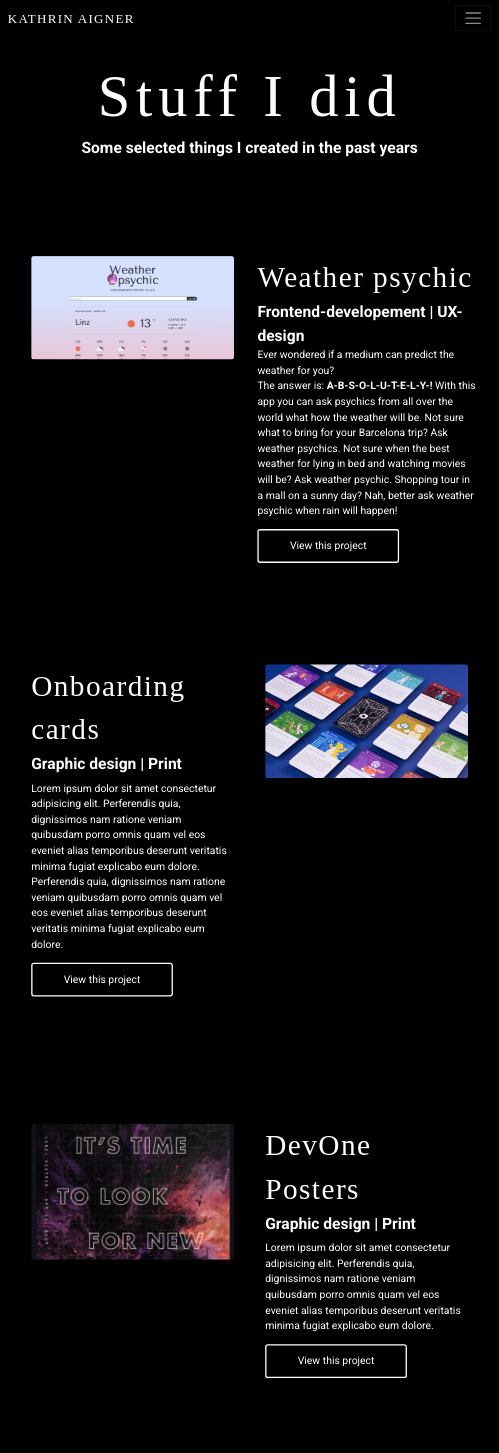
Repository: kathrin-aigner/Portfolio-2022
Page: work.html
An editor plug-in stored every save of this project. The page is shown before and after the next save, followed by the edit.
The browser window is 768 px wide. The pictures show the whole page, at 65% of full size.
Some web fonts or font styles are not loaded; a fallback is used. Some web libraries are served in a nearby version.

Above is the page before, as saved 2022-03-28 15:57:26.

### work.html
<!DOCTYPE html>
<html lang="en">
  <head>
    <meta charset="UTF-8" />
    <meta http-equiv="X-UA-Compatible" content="IE=edge" />
    <meta name="viewport" content="width=device-width, initial-scale=1.0" />
    <link
      href="https://cdn.jsdelivr.net/npm/bootstrap@5.1.3/dist/css/bootstrap.min.css"
      rel="stylesheet"
      integrity="sha384-1BmE4kWBq78iYhFldvKuhfTAU6auU8tT94WrHftjDbrCEXSU1oBoqyl2QvZ6jIW3"
      crossorigin="anonymous"
    />
    <script
      src="https://cdn.jsdelivr.net/npm/bootstrap@5.1.3/dist/js/bootstrap.bundle.min.js"
      integrity="sha384-ka7Sk0Gln4gmtz2MlQnikT1wXgYsOg+OMhuP+IlRH9sENBO0LRn5q+8nbTov4+1p"
      crossorigin="anonymous"
    ></script>
    <link rel="preconnect" href="https://fonts.googleapis.com" />
    <link rel="preconnect" href="https://fonts.gstatic.com" crossorigin />
    <link
      href="https://fonts.googleapis.com/css2?family=Dela+Gothic+One&family=Roboto:wght@400;500;700&display=swap"
      rel="stylesheet"
    />
    <script
      src="https://kit.fontawesome.com/9a62a34935.js"
      crossorigin="anonymous"
    ></script>

    <link rel="stylesheet" href="/css/styles.css" />
    <title>Welcome to my portfolio – Kathrin Aigner</title>
  </head>
  <body>
    <nav class="navbar navbar-expand-lg navbar-dark text-end">
      <div class="container-fluid">
        <a class="navbar-brand text-uppercase" href="/index.html">Kathrin Aigner</a>
        <button
          class="navbar-toggler"
          type="button"
          data-bs-toggle="collapse"
          data-bs-target="#navbarSupportedContent"
          aria-controls="navbarSupportedContent"
          aria-expanded="false"
          aria-label="Toggle navigation"
        >
          <span class="navbar-toggler-icon"></span>
        </button>
        <div class="collapse navbar-collapse" id="navbarSupportedContent">
          <ul class="navbar-nav me-auto mb-2 mb-lg-0">
            <li class="nav-item">
              <a
                class="nav-link active"
                aria-current="page"
                href="/about.html"
                title="more information about me"
                >About me</a
              >
            </li>
            <li class="nav-item">
              <a class="nav-link" href="/work.html" title="View my work here"
                >My work</a
              >
            </li>
            <li class="nav-item">
              <a class="nav-link" href="/contact.html" title="how to contact me"
                >Contact</a
              >
            </li>
          </ul>
        </div>
      </div>
    </nav>
    <div class="container mb-5">
      <div class="header-page text-center mb-3 mt-5">
  Stuff I did
      </div>
      <div class="introduction text-center">
        Some selected things I created in the past years
      </div>
    </div>
    <div class="container">

      <div class="row gy-5">
        <div class="col-md-6 gx-5">
          <img
            src="/images/wheater psychic.png"
            class="img-fluid rounded"
            alt="picture showing a preview of the weather homepage"
          />
        </div>
        <div class="col-md-6">
          <div class="project-header">Weather psychic</div>
          <div class="introduction"> Frontend-developement | UX-design</div>
          <p class="page-section">
            Ever wondered if a medium can predict the weather for you? </br>The
            answer is: <strong>A-B-S-O-L-U-T-E-L-Y-!</strong> With this app you
            can ask psychics from all over the world what how the weather will be.
            Not sure what to bring for your Barcelona trip? Ask weather psychics.
            Not sure when the best weather for lying in bed and watching movies
            will be? Ask weather psychic. Shopping tour in a mall on a sunny
            day? Nah, better ask weather psychic when rain will happen!
          </p>

            <a href="https://reverent-aryabhata-468bf7.netlify.app/" target="_blank" class="btn btn-primary mb-2"> View this project </a>

        </div>
      </div>
      <div class="row gy-5">
        <div class="col-md-6 gx-5">
          <div class="project-header">Onboarding cards</div>
          <div class="introduction mb-2"> Graphic design | Print </div>
          <p class="page-section">
            Lorem ipsum dolor sit amet consectetur adipisicing elit. Perferendis
            quia, dignissimos nam ratione veniam quibusdam porro omnis quam vel
            eos eveniet alias temporibus deserunt veritatis minima fugiat
            explicabo eum dolore. Perferendis
            quia, dignissimos nam ratione veniam quibusdam porro omnis quam vel
            eos eveniet alias temporibus deserunt veritatis minima fugiat
            explicabo eum dolore.
          </p>

           <a href="https://www.behance.net/gallery/79816789/DevOne-Conference-2019" target="_blank" class="btn btn-primary mb-5"> View this project </a>

        </div>
        <div class="col-md-6 gx-5">
          <img
            src="/images/onboarding-cards.jpg"
            class="img-fluid rounded"
            alt="picture showing card game"
          />
        </div>
      </div>
      <div class="row gy-5 mb-5">
        <div class="col-md-6 gx-5">
          <img
            src="/images/devOne.png"
            class="img-fluid rounded"
            alt="picture showing a preview of the website about yoghurt"
          />
        </div>
        <div class="col-md-6 gx-5">
          <div class="project-header">DevOne Posters</div>
          <div class="introduction mb-2">
          Graphic design | Print
          </div>
          <p class="page-section">
            Lorem ipsum dolor sit amet consectetur adipisicing elit. Perferendis
            quia, dignissimos nam ratione veniam quibusdam porro omnis quam vel
            eos eveniet alias temporibus deserunt veritatis minima fugiat
            explicabo eum dolore.
          </p>

            <a href="https://www.behance.net/gallery/79816789/DevOne-Conference-2019" target="_blank" class="btn btn-primary"> View this project </a>

        </div>
      </div>
    </div>
    <footer>

    </footer>
  </body>
</html>

### css/styles.css
:root {
  --primary-color: white;
  --secondary-color: black;
  --heading-font-family: "Dela Gothic One", cursive;
  --default-font-family: "Roboto", sans-serif;
}

body {
  background-color: var(--secondary-color);
}

.herosection {
  text-align: center;
  padding: 180px 0;
}
.header {
  line-height: 1em;
  font-family: var(--heading-font-family);
  font-size: 200px;
  color: var(--primary-color);
}
.subheader {
  font-size: 32px;
  font-weight: 700;
  color: var(--primary-color);
  font-family: var(--default-font-family);
}
.header-page {
  line-height: 1em;
  letter-spacing: 0.1em;
  font-size: 90px;
  color: var(--primary-color);
  font-family: var(--heading-font-family);
}
.project-header {
  font-size: 45px;
  color: var(--primary-color);
  font-family: var(--heading-font-family);
  letter-spacing: 0.05em;
}
.page-section {
  font-size: 16px;
  color: var(--primary-color);
  font-family: var(--default-font-family);
}

.introduction {
  font-weight: 600;
  font-size: 24px;

  color: var(--primary-color);
  font-family: var(--default-font-family);
}
.navbar-brand {
  font-family: var(--heading-font-family);

  letter-spacing: 0.1em;
}

.btn-primary {
  font-family: var(--default-font-family);
  border: 2px solid var(--primary-color);
  background: var(--secondary-color);
  padding: 12px 48px;
}

.btn btn-primary:hover {
  color: var(--secondary-color);
  font-family: var(--default-font-family);
  border: 2px solid var(--primary-color);
  background: var(--primary-color);
}

.project-preview {
  max-width: 500px;
}

a.email {
  text-decoration: none;
  color: var(--primary-color);
}

.email:hover {
  text-decoration: underline;
  color: var(--primary-color);
}

.row {
  margin-top: 100px;
}

@media (max-width: 960px) {
  .header {
    font-size: 100px;
  }
}

After the next save:
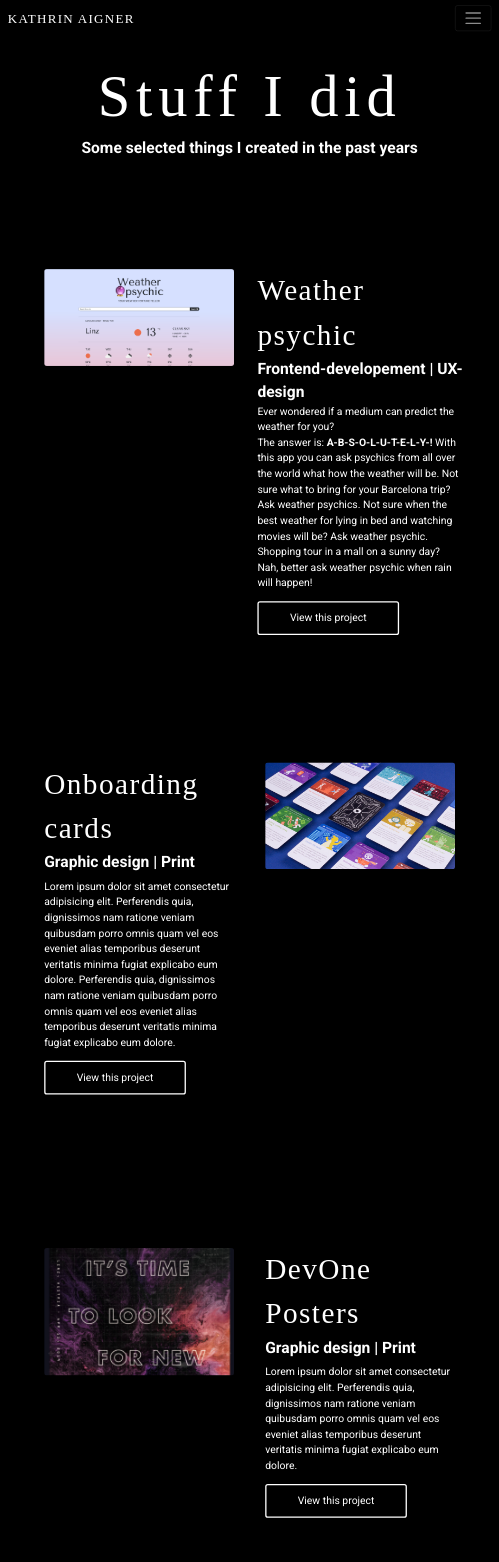
Saved 2 min 50 s later.
--- a/css/styles.css
+++ b/css/styles.css
@@ -93,4 +93,8 @@ a.email {
   .header {
     font-size: 100px;
   }
+
+  .row {
+    padding: 20px;
+  }
 }

After the save that followed:
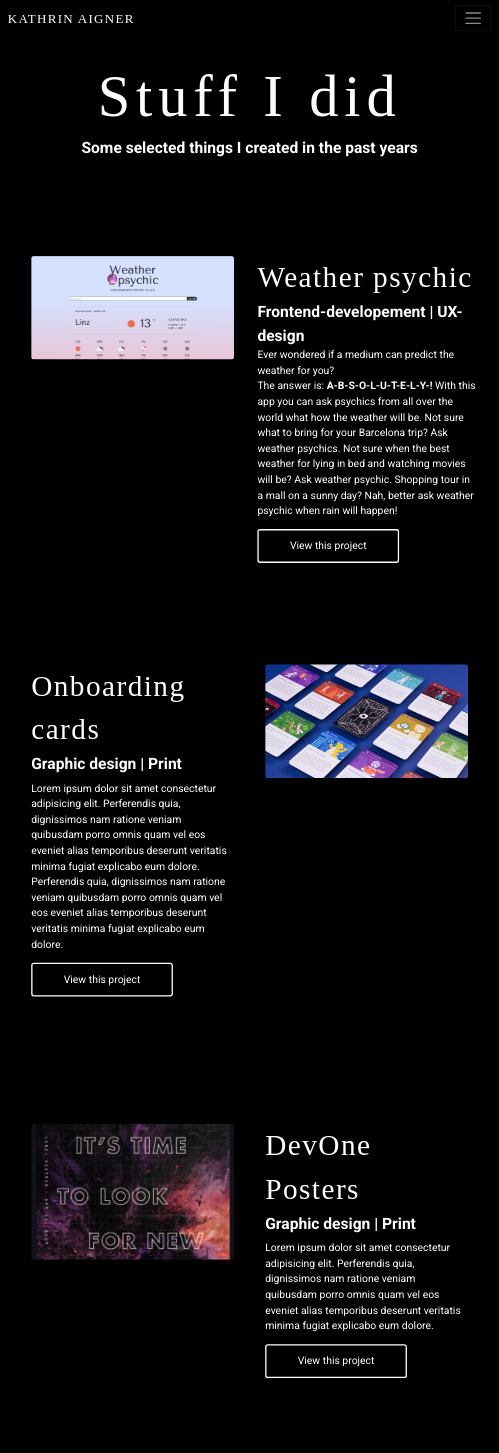
Saved 25 s later.
--- a/css/styles.css
+++ b/css/styles.css
@@ -95,6 +95,6 @@ a.email {
   }
 
   .row {
-    padding: 20px;
+    padding: 0;
   }
 }
